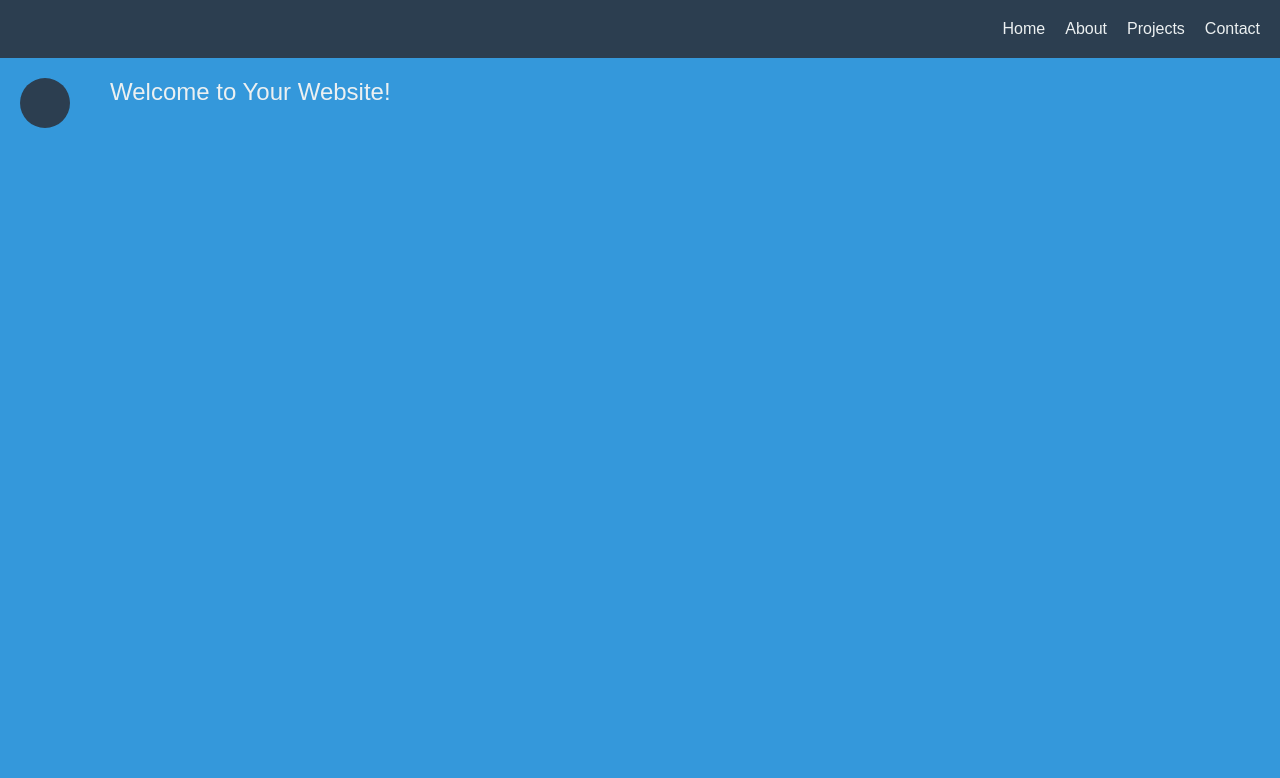
Repository: bliuzley13/Website_Portfolio
Page: Website_Portfolio/index.html
These files come from the project's save history. The page is drawn as it stood at one moment and after the next save; the edit follows.
The browser window is 1280 px wide. The pictures show the whole page.

Above is the page before, as saved 2024-02-05 17:11:17.

After the next save:
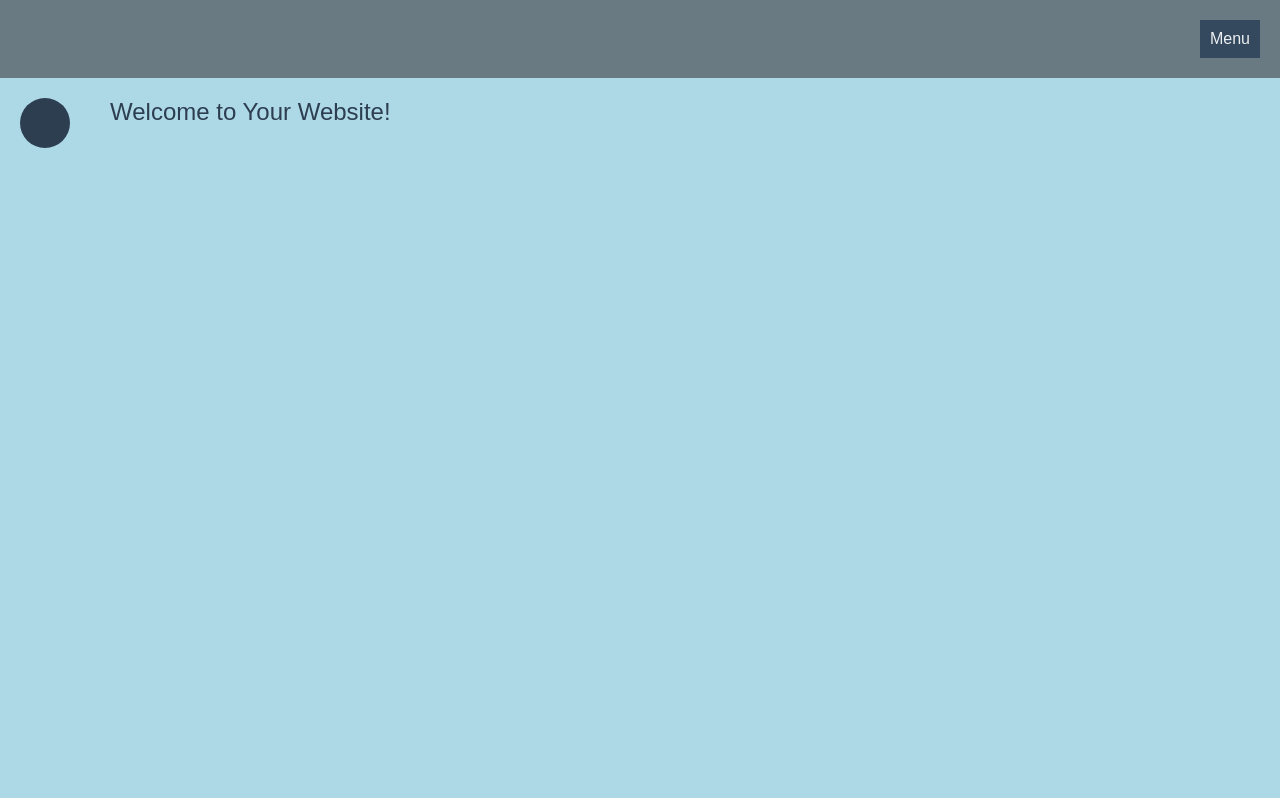
Saved 2 min 15 s later.
--- a/Website_Portfolio/index.html
+++ b/Website_Portfolio/index.html
@@ -9,12 +9,12 @@
             margin: 0;
             padding: 0;
             font-family: Arial, sans-serif;
-            background-color: #3498db; /* Blue background color */
+            background-color: #add8e6; /* Light blue background color */
             overflow: hidden;
         }
 
         #header {
-            background-color: #2c3e50; /* Darker blue for the header */
+            background-color: #6a7a83; /* Darker blue for the header */
             padding: 20px;
             color: #ecf0f1; /* Light text color */
             display: flex;
@@ -22,12 +22,26 @@
             justify-content: flex-end; /* Align elements to the right */
         }
 
+        #menu-btn {
+            margin-left: 20px;
+            padding: 10px;
+            background-color: #34495e; /* Darker blue for the menu button */
+            color: #ecf0f1;
+            cursor: pointer;
+        }
+
         #menu {
-            display: flex;
+            display: none;
+            position: absolute;
+            top: 70px;
+            right: 20px;
+            background-color: #2c3e50; /* Darker blue for the subboxes */
+            padding: 10px;
+            border-radius: 5px;
         }
 
         .menu-item {
-            margin-left: 20px; /* Adjusted margin to separate menu items */
+            margin-bottom: 10px;
             color: #ecf0f1;
             cursor: pointer;
         }
@@ -50,12 +64,12 @@
             flex: 1;
             padding: 20px;
             overflow-y: auto;
-            color: #ecf0f1;
+            color: #2c3e50; /* Darker blue for the main content text color */
         }
 
         #welcome-animation {
             font-size: 24px;
-            color: #ecf0f1;
+            color: #2c3e50; /* Darker blue for the welcome text color */
             animation: fadeIn 2s ease-in-out;
         }
 
@@ -64,9 +78,24 @@
             100% { opacity: 1; }
         }
     </style>
+    <script>
+        document.addEventListener('DOMContentLoaded', function() {
+            var menuBtn = document.getElementById('menu-btn');
+            var menu = document.getElementById('menu');
+
+            menuBtn.addEventListener('click', function() {
+                if (menu.style.display === 'none' || menu.style.display === '') {
+                    menu.style.display = 'block';
+                } else {
+                    menu.style.display = 'none';
+                }
+            });
+        });
+    </script>
 </head>
 <body>
     <div id="header">
+        <div id="menu-btn">Menu</div>
         <div id="menu">
             <div class="menu-item">Home</div>
             <div class="menu-item">About</div>
